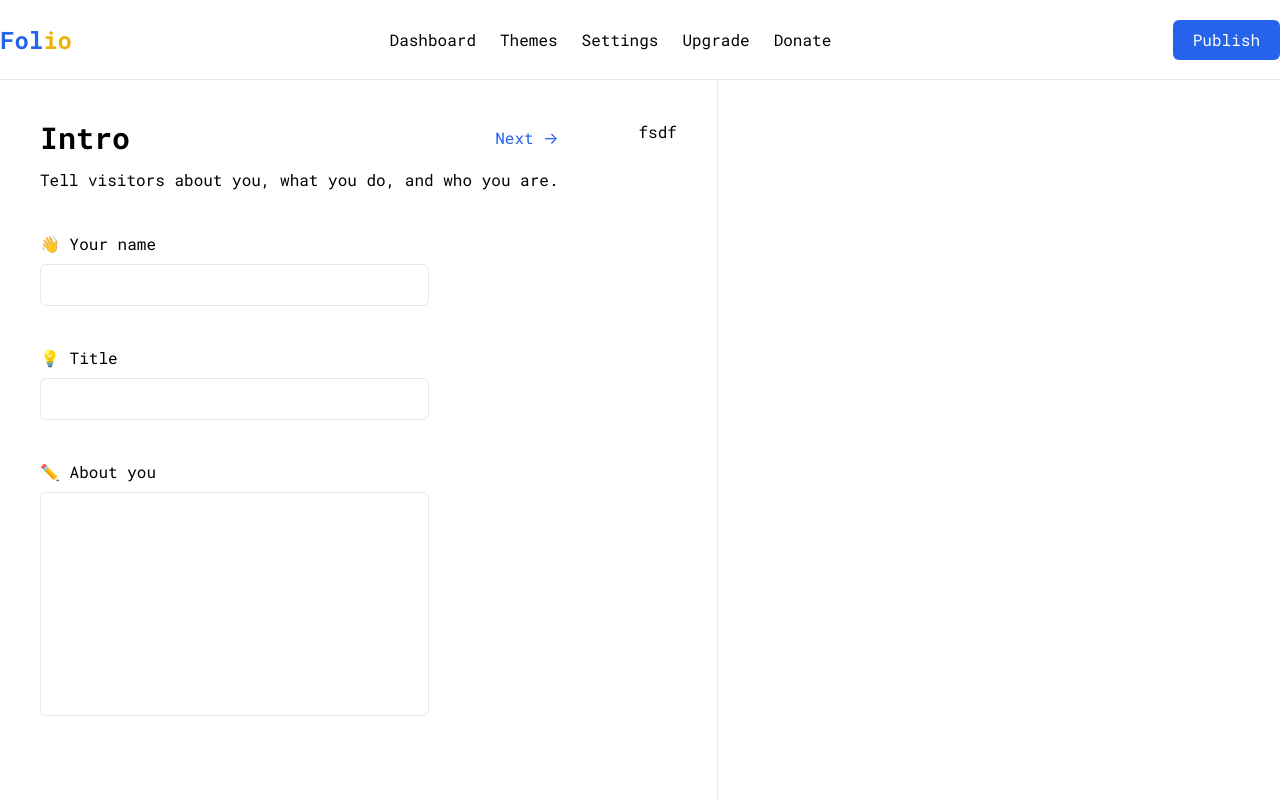
Repository: langford-dev/follio
Page: /
These files come from the project's save history. The page is drawn as it stood at one moment and after a run of saves; the edit follows.
The browser window is 1280 px wide. The pictures show the whole page.
The project was rebuilt for these pictures with package versions that can differ from the ones it lists, and the page was loaded fresh each time. The framework's server and built-in components were replaced by stand-ins that run in the browser. Also part of the build but not shown: next.config.js, components/views/skillsView.js, components/views/socialsView.js.

Above is the page before, as saved 2022-03-19 12:07:16.

After the next 3 saves:
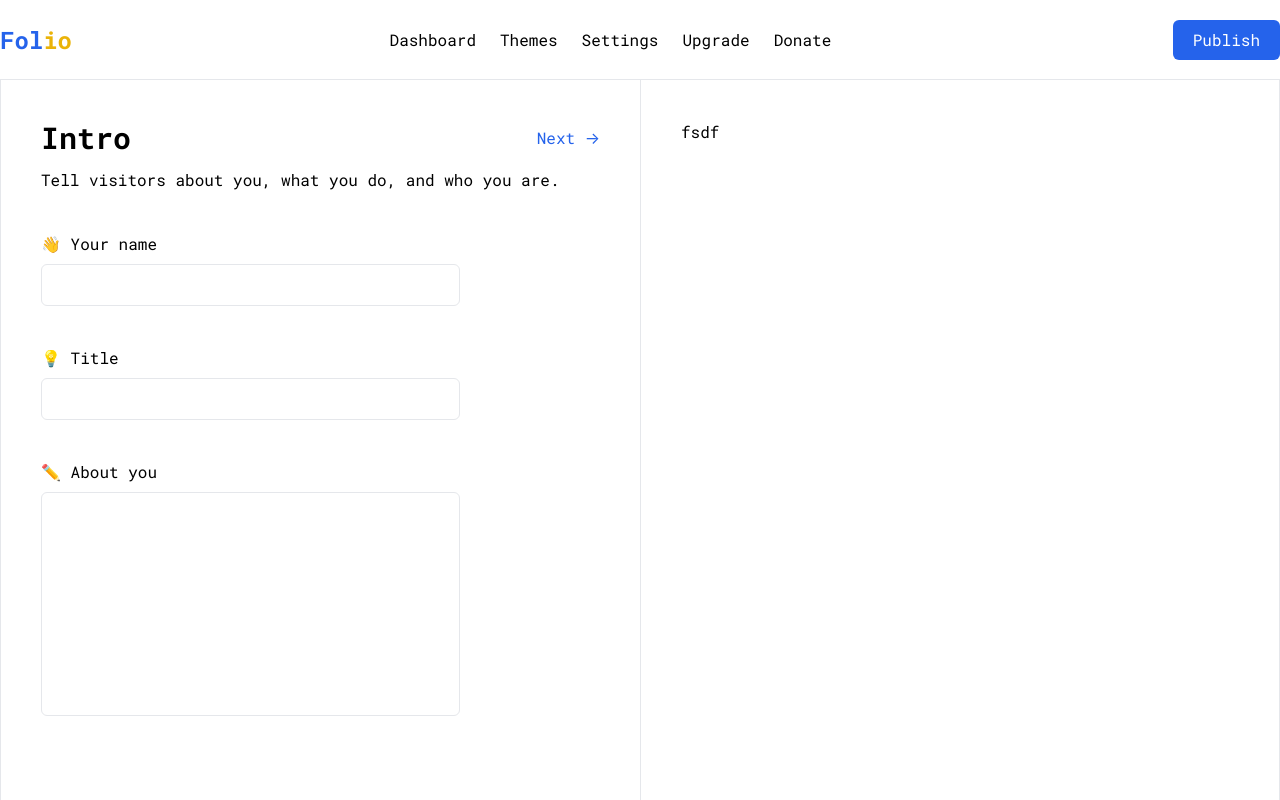
The 3 saves are shown as one change because 1 did not build or start and some came seconds apart.
The last was saved 19 s later.
--- a/components/views/introView.js
+++ b/components/views/introView.js
@@ -1,5 +1,16 @@
-import { styles } from "../../styles/styles"
+// import { styles } from "../../styles/styles"
 import ViewTitle from "../viewTitle"
+
+const styles = {
+    pageView: `m-auto max-w-screen-xl h-screen pt-20`,
+    flexView: `flex h-screen`,
+    editingView: `w-1/2 p-10 border-l`,
+    preview: `border-l w-1/2 p-10 border-r`,
+    inputContainer: `flex flex-col mt-10`,
+    input: `border p-2 outline-none mt-2 w-9/12 rounded-md`,
+    textArea: `border p-2 outline-none mt-2 w-9/12 rounded-md resize-none h-56`,
+    label: ``,
+}
 
 const IntroView = () => {
     return <div className={styles.editingView}>
